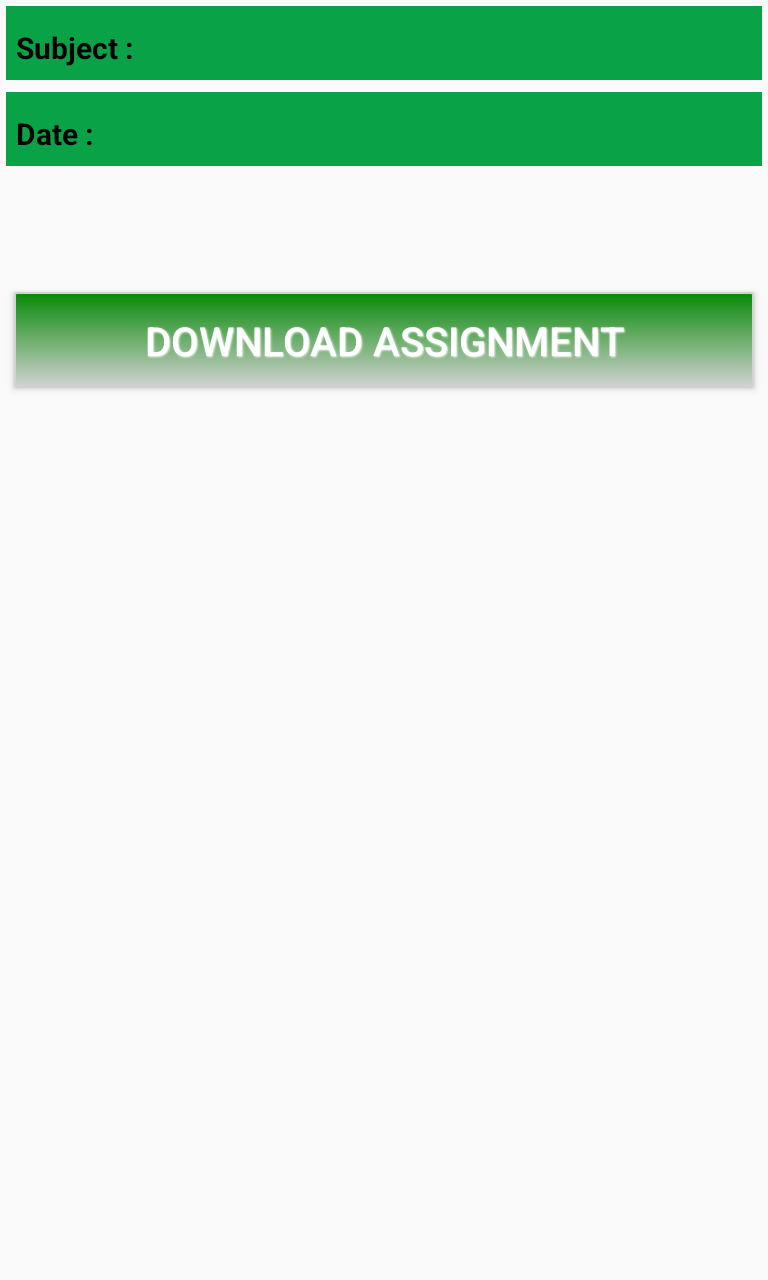
Repository: iguardian2015/iguardian-litchi
Layout: iguardian/res/layout/activity_assignment_view.xml
The author's editor kept a copy of each file at every save. The layout is drawn from the files as they stood at one save, then again after the next save.
It is drawn on a 768 x 1280 px phone screen (xhdpi) without system bars, with theme AppTheme; the app's code is not run.

Above is the layout before, as saved 2015-01-03 16:54:51.

After the next save:
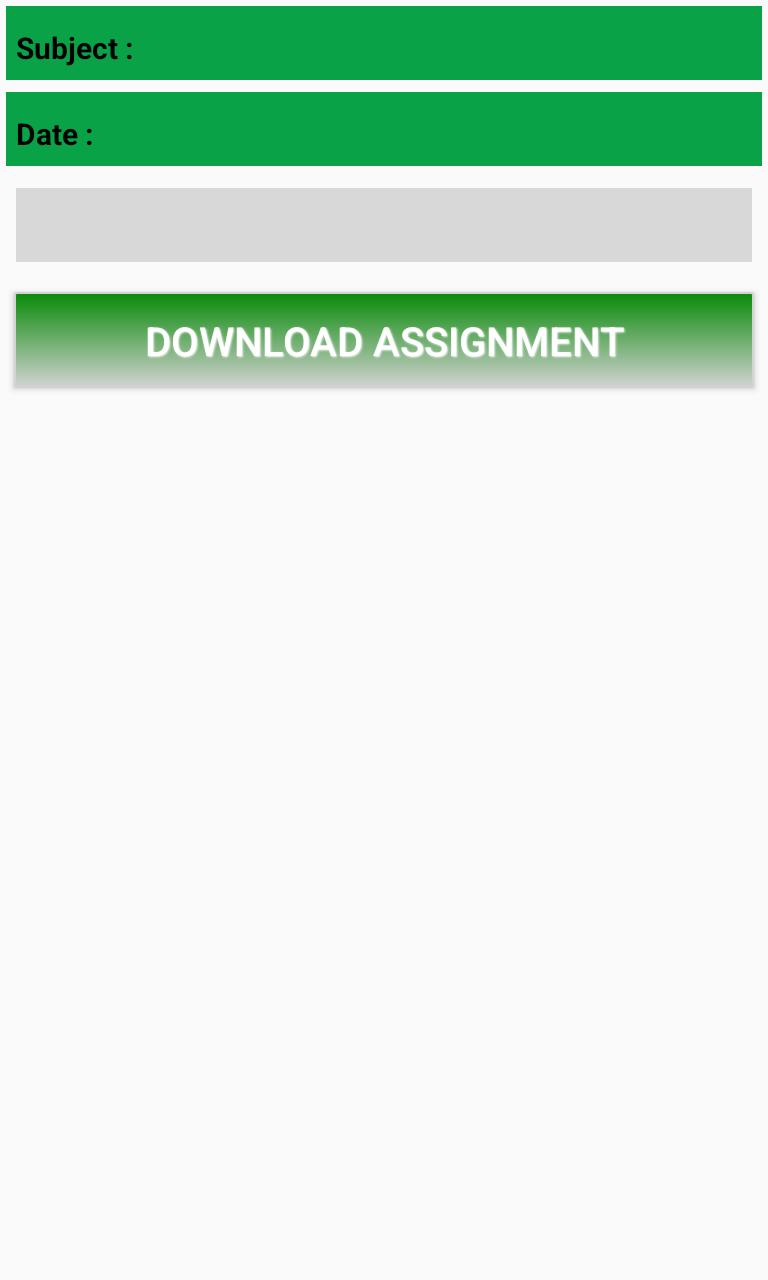
Saved 4 s later.
--- a/iguardian/res/layout/activity_assignment_view.xml
+++ b/iguardian/res/layout/activity_assignment_view.xml
@@ -34,7 +34,7 @@
                 android:textAppearance="?android:attr/textAppearanceLarge"
                 android:textColor="#000000"
                 android:textSize="20dp"
-                android:textStyle="italic" />
+                android:textStyle="normal" />
         </LinearLayout>
 
         <LinearLayout
@@ -63,12 +63,11 @@
                 android:textAppearance="?android:attr/textAppearanceLarge"
                 android:textColor="#000000"
                 android:textSize="20dp"
-                android:textStyle="italic" />
+                android:textStyle="normal" />
         </LinearLayout>
 
-
         <ScrollView
-            android:layout_width="wrap_content"
+            android:layout_width="match_parent"
             android:layout_height="wrap_content"
             android:layout_weight="1" >
 
@@ -78,11 +77,12 @@
                 android:layout_height="wrap_content"
                 android:layout_margin="8dp"
                 android:padding="5dp"
+                android:background="#D8D8D8"
                 android:paddingTop="10dp"
                 android:textAppearance="?android:attr/textAppearanceLarge"
                 android:textColor="#525250"
                 android:textSize="20dp"
-                android:textStyle="italic" />
+                android:textStyle="normal" />
         </ScrollView>
 
         <LinearLayout
@@ -91,24 +91,24 @@
             android:layout_margin="3dp"
             android:orientation="horizontal" >
 
-            <!-- <Button
+            <!--
+                 <Button
                 android:id="@+id/download"
                 android:layout_width="match_parent"
                 android:layout_height="wrap_content"
                 android:layout_margin="8dp"
-                android:text="Download Assignment" /> -->
+                android:text="Download Assignment" />
+            -->
 
             <Button
-               android:id="@+id/download"
-               android:layout_width="match_parent"
-               android:layout_height="wrap_content"
-            android:padding="10dp"
-            android:layout_margin="4dp"
-               android:text="Download Assignment"
-            style="@style/DefaultButtonText"
-               android:background="@drawable/button_default_bg"
-           />
-
+                android:id="@+id/download"
+                style="@style/DefaultButtonText"
+                android:layout_width="match_parent"
+                android:layout_height="wrap_content"
+                android:layout_margin="4dp"
+                android:background="@drawable/button_default_bg"
+                android:padding="10dp"
+                android:text="Download Assignment" />
         </LinearLayout>
     </LinearLayout>
 
